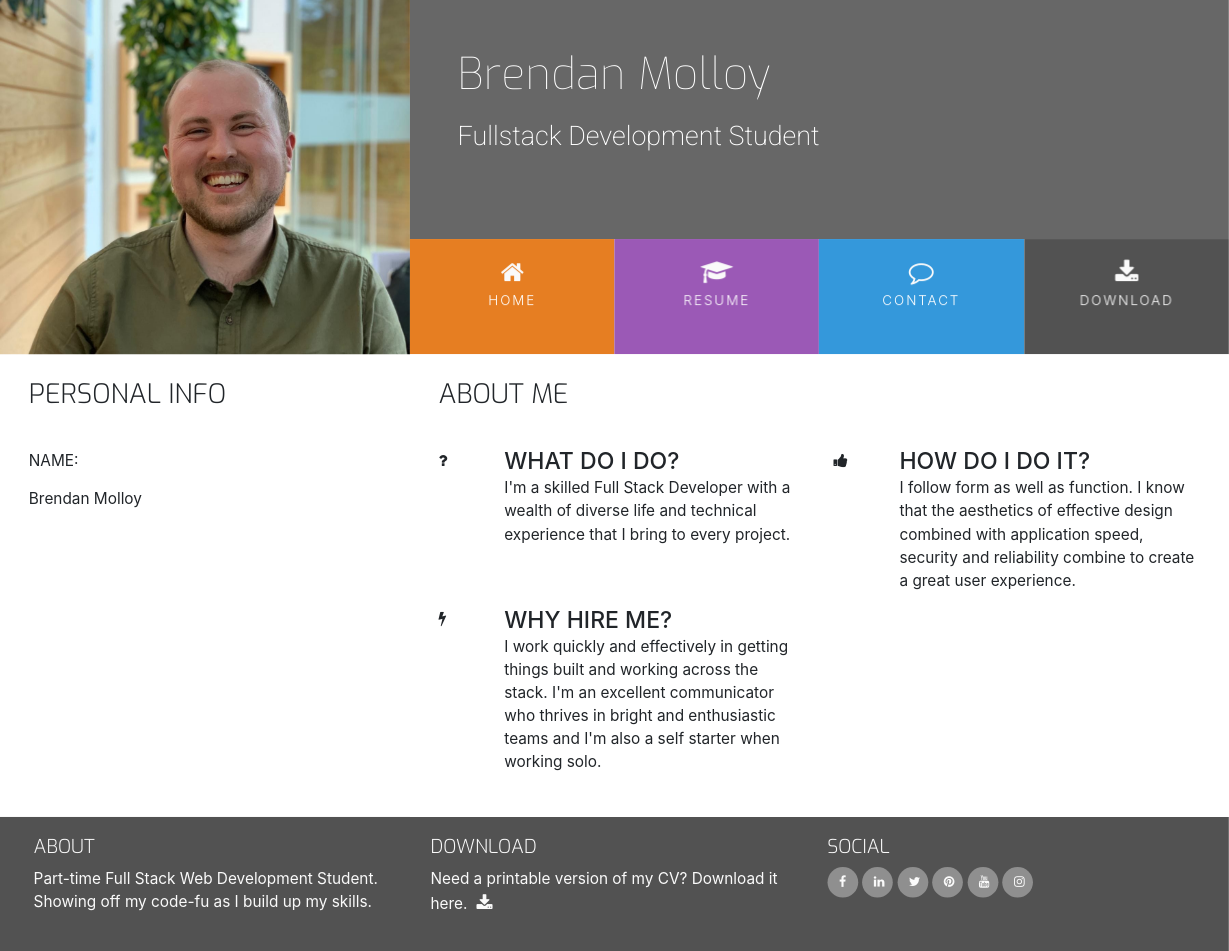
Repository: BrendanMolloy/my-web-cv
Page: index.html
The author's editor kept a record of every edit. The page is drawn from the files as they stood at one moment, then again after the next edit.
The browser window is 1280 px wide. The pictures show the whole page, at 96% of full size.

Above is the page before.

### index.html
<!DOCTYPE html>
<html lang="en">

<head>
    <meta charset="UTF-8">
    <meta name="viewport" content="width=device-width, initial-scale=1.0">
    <meta http-equiv="X-UA-Compatible" content="ie=edge">
    <link rel="stylesheet" href="https://stackpath.bootstrapcdn.com/bootstrap/4.3.1/css/bootstrap.min.css" type="text/css" />
    <link rel="stylesheet" href="https://stackpath.bootstrapcdn.com/font-awesome/4.7.0/css/font-awesome.min.css" type="text/css" />
    <link rel="stylesheet" href="https://cdnjs.cloudflare.com/ajax/libs/hover.css/2.3.1/css/hover-min.css" type="text/css" />
    <link rel="stylesheet" href="assets/css/style.css" type="text/css" />
    <title>Brendan Molloy</title>
</head>

<body>
    <header>
        <div class="row no-gutters">
            <a href="index.html" class="col-md-4 logo">

            </a>
            <div class="col-md-8">
                <div class="row bg-color-name-title no-gutters">
                    <div class="col heading">
                        <h1 class="name">Brendan Molloy</h1>
                        <h2 class="title">Fullstack Development Student</h2>
                    </div>
                </div>
                <div class="row no-gutters">
                    <div class="col">
                        <ul id=nav class="list-inline menucontainer">
                            <li class="col-6 col-sm-3 ui-menu-color-home list-inline-item menuitem">
                                <a href="#" class="hvr-sweep-to-bottom"><i class="fa fa-home" aria-hidden="true"></i><span>Home</span></a>
                            </li>
                            <li class="col-6 col-sm-3 ui-menu-color-resume list-inline-item menuitem">
                                <a href="#" class="hvr-sweep-to-bottom"><i class="fa fa-graduation-cap" aria-hidden="true"></i><span>Resume</span></a>
                            </li>
                            <li class="col-6 col-sm-3 ui-menu-color-contact list-inline-item menuitem">
                                <a href="#" class="hvr-sweep-to-bottom"><i class="fa fa-comment-o" aria-hidden="true"></i><span>Contact</span></a>
                            </li>
                            <li class="col-6 col-sm-3 ui-menu-color-download list-inline-item menuitem">
                                <a href="#" class="hvr-sweep-to-bottom"><i class="fa fa-download" aria-hidden="true"></i><span>Download</span></a>
                            </li>
                        </ul>
                    </div>
                </div>
            </div>
        </div>
    </header>
    <section class="container-fluid">
        <div class="row">
            <div class="col-md-4 bg-color-personal-info section-column">
                <div class="row">
                    <div class="col-12">
                        <h3 class="section-heading uppercase">
                            Personal Info
                        </h3>
                    </div>
                </div>
                <div class="personal-info-item">
                    <div class="key">
                        <p class="uppercase">
                            Name:
                        </p>
                    </div>
                    <div class="value">
                        <p>
                            Brendan Molloy
                        </p>
                    </div>
                </div>
            </div>
            <div class="col-md-8 bg-color-three-reasons section-column">
                <div class="row">
                    <div class="col">
                        <h3 class="section-heading uppercase">About Me</h3>
                    </div>
                </div>
                <div class="row">
                    <div class="col-10 offset-1 offset-sm-0 col-sm-4 col-md-6">
                        <div class="row">
                            <div class="col-2">
                                <i class="three-reasons-icon fa fa-question" aria-hidden="true"></i>
                            </div>
                            <div class="col-10">
                                <h4 class="three-reasons-heading uppercase">What do I do?</h4>
                                <p>
                                    I'm a skilled Full Stack Developer with a wealth of diverse life and technical experience that I bring to every project.
                                </p>
                            </div>
                        </div>
                    </div>
                    <div class="col-10 offset-1 offset-sm-0 col-sm-4 col-md-6">
                        <div class="row">
                            <div class="col-2">
                                <i class="three-reasons-icon fa fa-thumbs-up" aria-hidden="true"></i>
                            </div>
                            <div class="col-10">
                                <h4 class="three-reasons-heading uppercase">How do I do it?</h4>
                                <p>
                                    I follow form as well as function. I know that the aesthetics of effective design combined with application speed, security and reliability combine to create a great user experience.
                                </p>
                            </div>
                        </div>
                    </div>
                    <div class="col-10 offset-1 offset-sm-0 col-sm-4 col-md-6">
                        <div class="row">
                            <div class="col-2">
                                <i class="three-reasons-icon fa fa-bolt" aria-hidden="true"></i>
                            </div>
                            <div class="col-10">
                                <h4 class="three-reasons-heading uppercase">Why hire me?</h4>
                                <p>
                                    I work quickly and effectively in getting things built and working across the stack. I'm an excellent communicator who thrives in bright and enthusiastic teams and I'm also a self starter when working solo.
                                </p>
                            </div>
                        </div>
                    </div>
                </div>
            </div>
        </div>
    </section>
    <footer class="container-fluid">
        <div class="row" id="footer-details">
            <div class="col-sm-4">
                <h5 class="uppercase general-sub">About</h5>
                <p class="inline-block">
                    Part-time Full Stack Web Development Student. Showing off my code-fu as I build up my skills.
                </p>
            </div>
            <div class="col-sm-4">
                <h5 class="uppercase general-sub">Download</h5>
                <p class="inline-block">
                    Need a printable version of my CV? Download it here.
                    <a href="#" target="_blank" class="cv-pdf">
                        <i class="fa fa-download" aria-hidden="true"></i>
                        <span class="sr-only">Download link.</span>
                    </a>
                </p>
            </div>
            <div class="col-sm-4">
                <h5 class="uppercase general-sub">Social</h5>
                <ul class="list-inline social-links">
                    <li class="list-inline-item">
                        <a target="_blank" href="#">
                            <i class="fa fa-facebook" aria-hidden="true"></i>
                            <span class="sr-only">Facebook</span>
                        </a>
                    </li>
                    <li class="list-inline-item">
                        <a target="_blank" href="#">
                            <i class="fa fa-linkedin" aria-hidden="true"></i>
                            <span class="sr-only">LinkedIn</span>
                        </a>
                    </li>
                    <li class="list-inline-item">
                        <a target="_blank" href="#">
                            <i class="fa fa-twitter" aria-hidden="true"></i>
                            <span class="sr-only">Twitter</span>
                        </a>
                    </li>
                    <li class="list-inline-item">
                        <a target="_blank" href="#">
                            <i class="fa fa-pinterest" aria-hidden="true"></i>
                            <span class="sr-only">Pinterest</span>
                        </a>
                    </li>
                    <li class="list-inline-item">
                        <a target="_blank" href="#">
                            <i class="fa fa-youtube" aria-hidden="true"></i>
                            <span class="sr-only">YouTube</span>
                        </a>
                    </li>
                    <li class="list-inline-item">
                        <a target="_blank" href="#">
                            <i class="fa fa-instagram" aria-hidden="true"></i>
                            <span class="sr-only">Instagram</span>
                        </a>
                    </li>
                </ul>
            </div>
        </div>
    </footer>
</body>

</html>

### assets/css/style.css
@import url('https://fonts.googleapis.com/css?family=Roboto:100,200,300,400,500,600,700|Exo:100,200,300,400,500,600,700');

/*-----Colors-----*/

.bg-color-name-title {
    background-color: #676767;
}

.bg-color-three-reasons{
    background-color:#fff;
}

.ui-menu-color-home {
    background-color: #e67e22;
}

.ui-menu-color-resume {
    background-color: #9b59b6;
}

.ui-menu-color-contact {
    background-color: #3498db;
}

.ui-menu-color-download {
    background-color: #525252;
}

/*-----Special Paddings/Margins/Text-----*/

h1,
h2,
h3,
h4 {
    margin: 0;
}

.uppercase{
    text-transform:uppercase;
}

.general-sub{
    font-family:"Exo",sans-serif;
    font-weight:300;
    color:#fafafa;
}

.inline-block{
    display:inline-block;
}

.row-table{
    display:table;
}

.section-column{
    display:table-cell;
    padding:0 30px 30px;
    float:none;
}

.section-heading{
    font-family:"Exo", sans-serif;
    font-weight:300;
    margin-top:25px;
    margin-bottom:40px;
}

/*-----Headings-----*/

header {
    margin: 0;
}

.heading {
    margin-left: 50px;
}

.logo {
    background: url("../images/profile_pic.jpg");
    background-position: center;
    background-repeat: no-repeat;
    background-size: cover;
    min-height: 360px;
    transition: all .5s ease-in-out;
    -moz-transition: all .5s ease-in-out;
    -webkit-transition: all .5s ease-in-out;
}

.name {
    font-family: "Exo", sans-serif;
    font-weight: 100;
    font-size: 46px;
    margin-top: 50px;
    color: #fff;
}

.title {
    font-family: "Roboto", sans-serif;
    font-weight: 200;
    font-size: 28px;
    margin-top: 20px;
    margin-bottom: 90px;
    color: #fff;
}

.list-inline-item:not(:last-child) {
    margin: 0;
}

.menucontainer {
    font-size: 0;
}

#nav {
    margin: 0;
}

#nav li {
    font-size: 14px;
    padding: 0;
}

.menuitem {
    height: 120px;
    text-align: center;
    padding: 0;
}

.menuitem a {
    width: 100%;
    text-decoration: none;
    color: #fff;
    height: 120px;
}

.menuitem a i {
    padding-top: 22px;
    display: block;
    color: #fafafa;
    font-size: 26px;
}

.menuitem span {
    display: block;
    width: 100%;
    padding-top: 5px;
    text-align: center;
    text-transform: uppercase;
    font-size: 14px;
    font-weight: 300;
    letter-spacing: 2px;
}

/*-----Hover.css-----*/

.hvr-sweep-to-bottom:before {
    background-color: rgba(0, 0, 0, 0.2);
    height: 120px;
}

/*-----Footer-----*/

footer{
    background-color:#525252;
    color:#fafafa;
    min-height:120px;
    margin:0;
}

.cv-pdf i{
    font-size:18px;
    color:#fafafa;
    text-align:center;
    padding:5px;
    transition:all 0.35s ease-in-out;
    -moz-transition:all 0.35s ease-in-out;
    -webkit-transition:all 0.35s ease-in-out;
    -o-transition:all 0.35s ease-in-out;
}

.cv-pdf i:hover{
    color:#e84610;
}

.social-links{
    padding-bottom:15px;
}

.social-links li a i{
    width:32px;
    height:32px;
    padding:12px;
    border-radius:50%;
    font-size:13px;
    line-height:7px;
    text-align:center;
    color:#fafafa;
    background-color:#8f8f8f;
    transition:all 0.35s ease-in-out;
    -moz-transition:all 0.35s ease-in-out;
    -webkit-transition:all 0.35s ease-in-out;
    -o-transition:all 0.35s ease-in-out;
}

.social-links li a i:hover{
    background-color:#e84610;
}

#footer-details{
    padding:20px;
}

After the next edit:
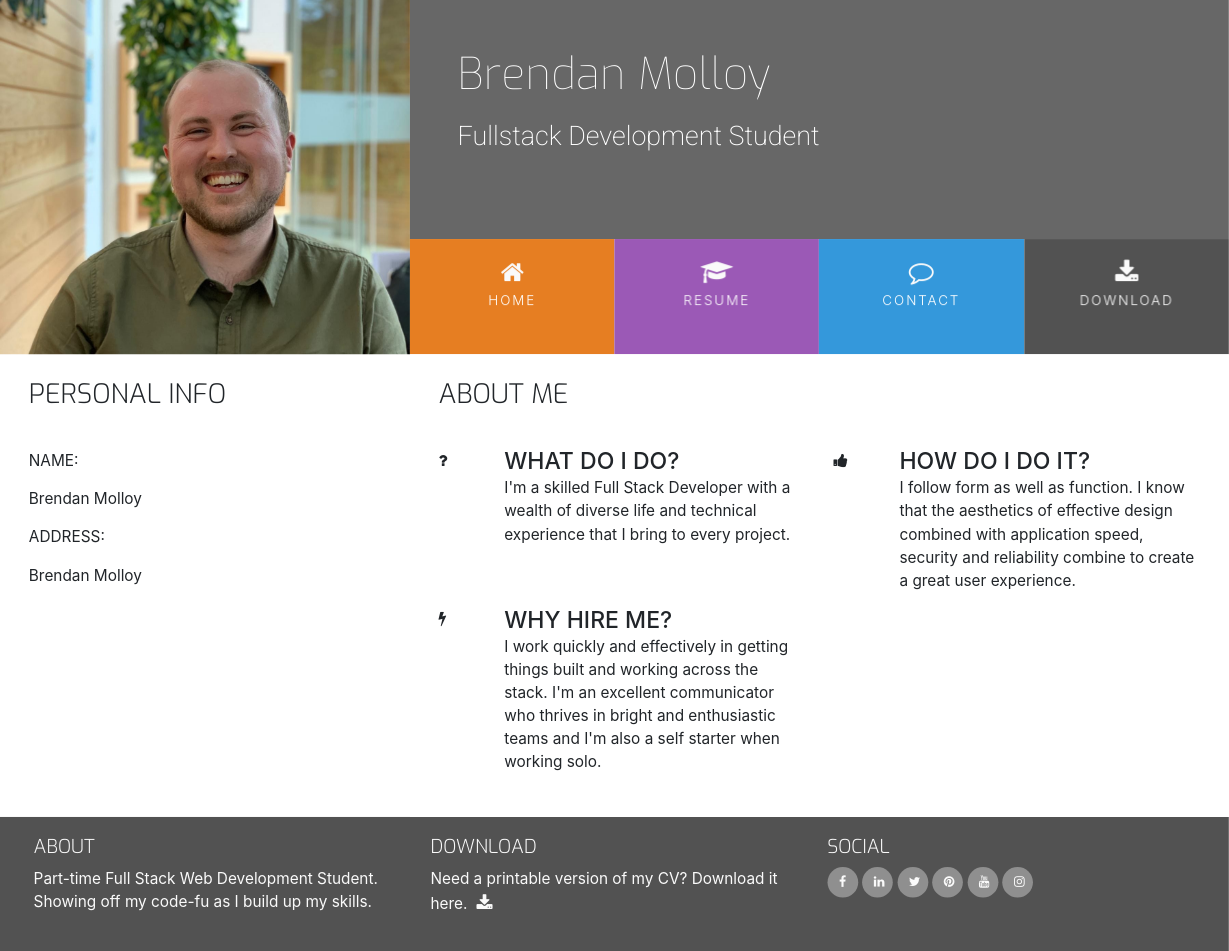
The edit:
--- a/index.html
+++ b/index.html
@@ -60,6 +60,18 @@
                     <div class="key">
                         <p class="uppercase">
                             Name:
+                        </p>
+                    </div>
+                    <div class="value">
+                        <p>
+                            Brendan Molloy
+                        </p>
+                    </div>
+                </div>
+                <div class="personal-info-item">
+                    <div class="key">
+                        <p class="uppercase">
+                            Address:
                         </p>
                     </div>
                     <div class="value">
